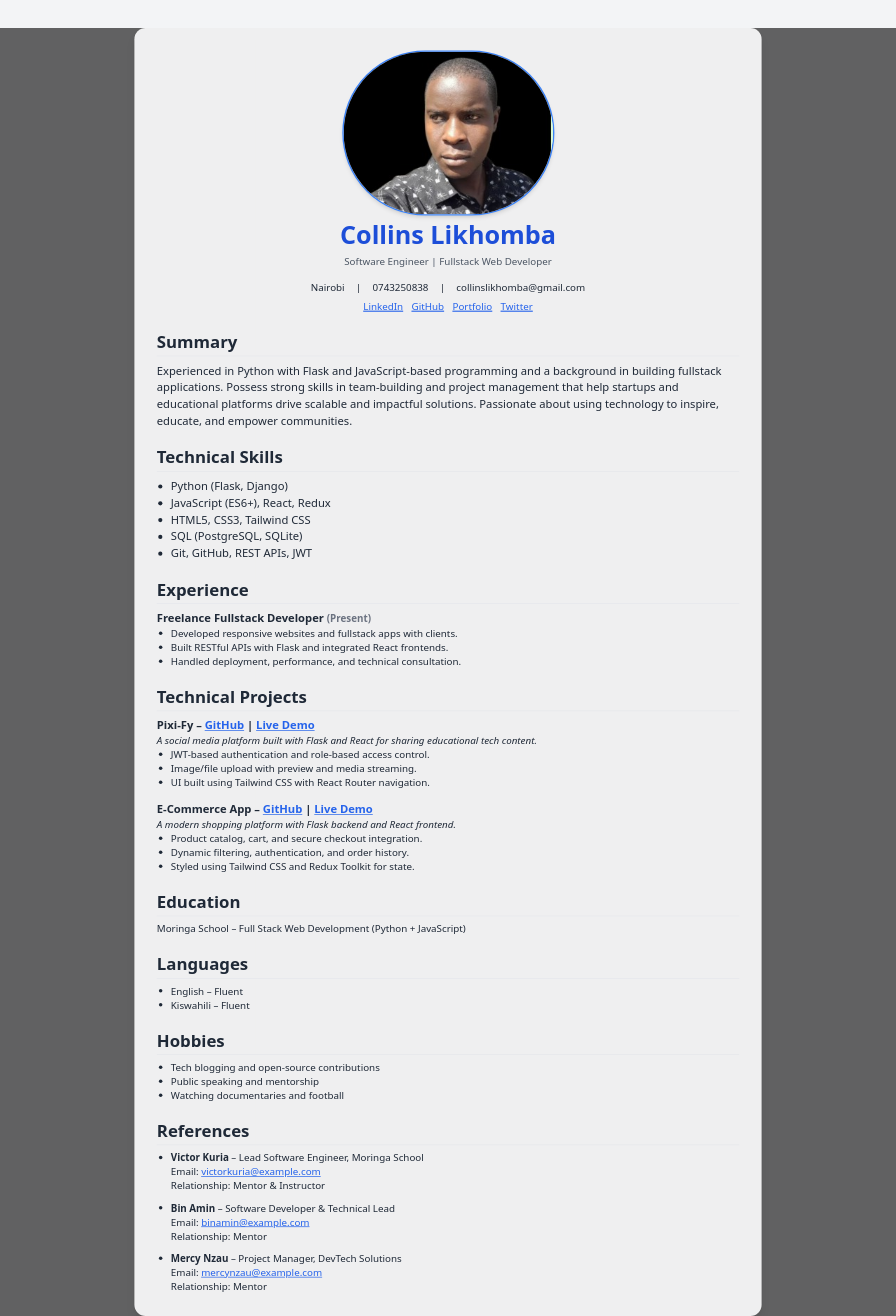
Repository: Engineer-collo/My_Cv
Page: /
These files come from the project's save history. The page is drawn as it stood at one moment and after a run of saves; the edit follows.
The browser window is 1280 px wide. The pictures show the whole page, at 70% of full size.
The project was rebuilt for these pictures with package versions that can differ from the ones it lists, and the page was loaded fresh each time. Also part of the build but not shown: vite.config.js.

Above is the page before, as saved 2025-06-24 17:49:52.

### index.html
<!DOCTYPE html>
<html lang="en">
<head>
  <meta charset="UTF-8">
  <meta name="viewport" content="width=device-width, initial-scale=1.0">
  <title>React Vite Starter</title>
</head>
<body class="bg-gray-100">
  <div id="root"></div>
  <script type="module" src="/src/main.jsx"></script>
</body>
</html>

### src/main.jsx
import React from 'react'
import ReactDOM from 'react-dom/client'
import './index.css'
import App from './App'

ReactDOM.createRoot(document.getElementById('root')).render(
  <React.StrictMode>
    <App />
  </React.StrictMode>,
)

### src/App.jsx
import React from "react";

export default function App() {
  return (
    <div className="min-h-screen relative bg-gray-100 bg-cover bg-center bg-no-repeat">
      {/* Background overlay */}
      <div className="absolute inset-0 bg-black bg-opacity-60"></div>

      {/* Main content container */}
      <div className="relative z-10 max-w-4xl mx-auto bg-white bg-opacity-90 rounded-2xl shadow-lg p-8 mt-10 text-gray-800 font-sans">
      <header className="text-center mb-6">
  <div className="flex flex-col items-center gap-2 mb-4">
    <img
      className="h-22 w-22 rounded-full object-cover border-2 border-blue-500 shadow-md"
      src="/image.png"
      alt="Engineer Collins Profile"
    />
    <h1 className="text-3xl md:text-4xl font-bold text-blue-700">
      Collins Likhomba
    </h1>
    <p className="text-sm text-gray-600">
      Software Engineer | Fullstack Web Developer
    </p>
  </div>

  <div className="flex justify-center mt-2 space-x-4 text-sm">
    <span>Nairobi</span>
    <span>|</span>
    <span>0743250838</span>
    <span>|</span>
    <span>collinslikhomba@gmail.com</span>
  </div>

  <div className="flex justify-center mt-2 flex-wrap gap-3 text-blue-600 underline text-sm">
    <a
      href="https://www.linkedin.com/in/collins-likhomba-7b364730a/"
      target="_blank"
      rel="noreferrer"
    >
      LinkedIn
    </a>
    <a
      href="https://github.com/Engineer-collo?tab=repositories"
      target="_blank"
      rel="noreferrer"
    >
      GitHub
    </a>
    <a
      href="https://portfolio-git-main-collins-likhombas-projects.vercel.app/"
      target="_blank"
      rel="noreferrer"
    >
      Portfolio
    </a>
    <a
      href="https://x.com/CollinsLikhomba"
      target="_blank"
      rel="noreferrer"
    >
      Twitter
    </a>
  </div>
</header>

        <section className="mb-6">
          <h2 className="text-2xl font-semibold border-b pb-1 mb-2">Summary</h2>
          <p>
            Experienced in Python with Flask and JavaScript-based programming and a background in building fullstack applications. Possess strong skills in team-building and project management that help startups and educational platforms drive scalable and impactful solutions. Passionate about using technology to inspire, educate, and empower communities.
          </p>
        </section>

        <section className="mb-6">
          <h2 className="text-2xl font-semibold border-b pb-1 mb-2">Technical Skills</h2>
          <ul className="list-disc pl-5">
            <li>Python (Flask, Django)</li>
            <li>JavaScript (ES6+), React, Redux</li>
            <li>HTML5, CSS3, Tailwind CSS</li>
            <li>SQL (PostgreSQL, SQLite)</li>
            <li>Git, GitHub, REST APIs, JWT</li>
          </ul>
        </section>

        <section className="mb-6">
          <h2 className="text-2xl font-semibold border-b pb-1 mb-2">Experience</h2>
          <div>
            <h3 className="font-semibold">Freelance Fullstack Developer <span className="text-sm text-gray-500">(Present)</span></h3>
            <ul className="list-disc pl-5 text-sm">
              <li>Developed responsive websites and fullstack apps with clients.</li>
              <li>Built RESTful APIs with Flask and integrated React frontends.</li>
              <li>Handled deployment, performance, and technical consultation.</li>
            </ul>
          </div>
        </section>

        <section className="mb-6">
          <h2 className="text-2xl font-semibold border-b pb-1 mb-2">Technical Projects</h2>

          {/* Pixi-Fy Project */}
          <div className="mb-4">
            <h3 className="font-semibold">
              Pixi-Fy –{" "}
              <a
                href="https://github.com/Engineer-collo/Pixi-fy"
                target="_blank"
                className="text-blue-600 underline"
                rel="noreferrer"
              >
                GitHub
              </a>
              {" | "}
              <a
                href="https://pixi-fy-hrmt.vercel.app/"
                target="_blank"
                className="text-blue-600 underline"
                rel="noreferrer"
              >
                Live Demo
              </a>
            </h3>
            <p className="text-sm italic">
              A social media platform built with Flask and React for sharing educational tech content.
            </p>
            <ul className="list-disc pl-5 text-sm">
              <li>JWT-based authentication and role-based access control.</li>
              <li>Image/file upload with preview and media streaming.</li>
              <li>UI built using Tailwind CSS with React Router navigation.</li>
            </ul>
          </div>

          {/* E-Commerce Project */}
          <div className="mb-4">
            <h3 className="font-semibold">
              E-Commerce App –{" "}
              <a
                href="https://github.com/Engineer-collo/Modern-Ecommerce-Application"
                target="_blank"
                className="text-blue-600 underline"
                rel="noreferrer"
              >
                GitHub
              </a>
              {" | "}
              <a
                href="https://modern-ecommerce-application-v2qd.vercel.app/"
                target="_blank"
                className="text-blue-600 underline"
                rel="noreferrer"
              >
                Live Demo
              </a>
            </h3>
            <p className="text-sm italic">
              A modern shopping platform with Flask backend and React frontend.
            </p>
            <ul className="list-disc pl-5 text-sm">
              <li>Product catalog, cart, and secure checkout integration.</li>
              <li>Dynamic filtering, authentication, and order history.</li>
              <li>Styled using Tailwind CSS and Redux Toolkit for state.</li>
            </ul>
          </div>
        </section>

        <section className="mb-6">
          <h2 className="text-2xl font-semibold border-b pb-1 mb-2">Education</h2>
          <p className="text-sm">Moringa School – Full Stack Web Development (Python + JavaScript)</p>
        </section>

        <section className="mb-6">
          <h2 className="text-2xl font-semibold border-b pb-1 mb-2">Languages</h2>
          <ul className="list-disc pl-5 text-sm">
            <li>English – Fluent</li>
            <li>Kiswahili – Fluent</li>
          </ul>
        </section>

        <section className="mb-6">
          <h2 className="text-2xl font-semibold border-b pb-1 mb-2">Hobbies</h2>
          <ul className="list-disc pl-5 text-sm">
            <li>Tech blogging and open-source contributions</li>
            <li>Public speaking and mentorship</li>
            <li>Watching documentaries and football</li>
          </ul>
        </section>

        <section>
          <h2 className="text-2xl font-semibold border-b pb-1 mb-2">References</h2>
          <ul className="text-sm list-disc pl-5 space-y-3">
            <li>
              <span className="font-semibold">Victor Kuria</span> – Lead Software Engineer, Moringa School<br />
              Email: <a href="mailto:victorkuria@example.com" className="text-blue-600 underline">victorkuria@example.com</a><br />
              Relationship: Mentor & Instructor
            </li>
            <li>
              <span className="font-semibold">Bin Amin</span> – Software Developer & Technical Lead<br />
              Email: <a href="mailto:binamin@example.com" className="text-blue-600 underline">binamin@example.com</a><br />
              Relationship: Mentor
            </li>
            <li>
              <span className="font-semibold">Mercy Nzau</span> – Project Manager, DevTech Solutions<br />
              Email: <a href="mailto:mercynzau@example.com" className="text-blue-600 underline">mercynzau@example.com</a><br />
              Relationship: Mentor
            </li>
          </ul>
        </section>
      </div>
    </div>
  );
}

Loaded but not shown: src/index.css (common file); tailwind.config.js (common file)

After the next 2 saves:
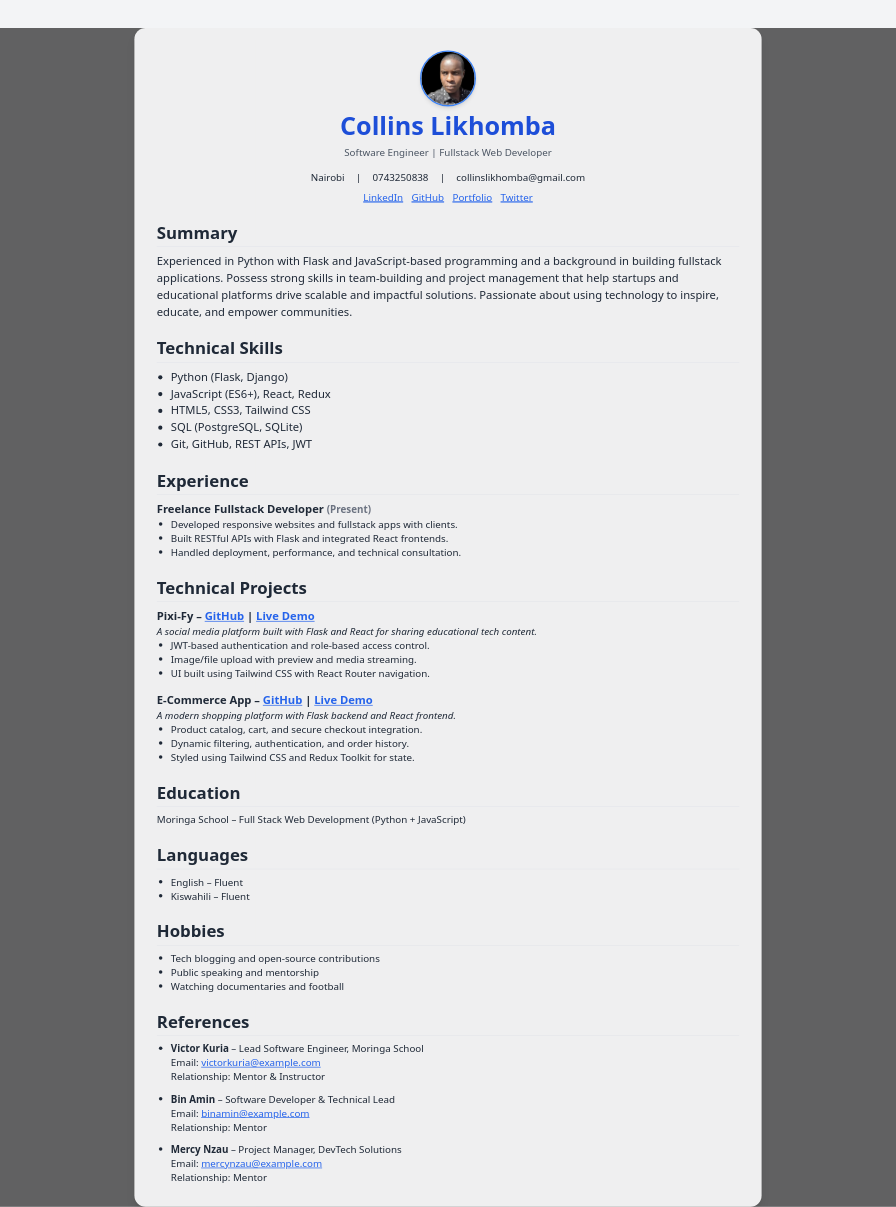
The 2 saves are shown as one change because they came seconds apart.
The last was saved 37 s later.
--- a/src/App.jsx
+++ b/src/App.jsx
@@ -11,7 +11,7 @@ export default function App() {
       <header className="text-center mb-6">
   <div className="flex flex-col items-center gap-2 mb-4">
     <img
-      className="h-22 w-22 rounded-full object-cover border-2 border-blue-500 shadow-md"
+      className="h-20 w-20 rounded-full object-cover border-2 border-blue-500 shadow-md"
       src="/image.png"
       alt="Engineer Collins Profile"
     />
